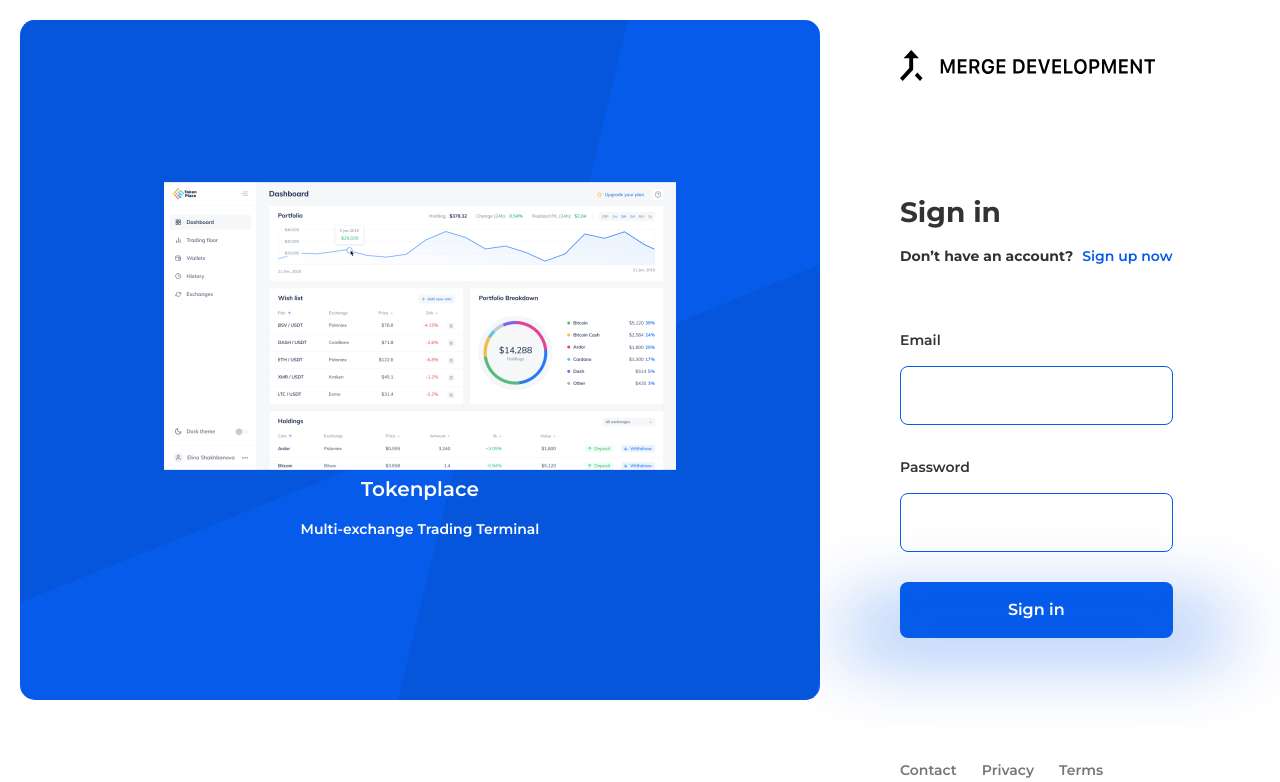
Repository: 13RedFox/form-project
Page: /
An editor plug-in stored every save of this project. The page is shown before and after the next save, followed by the edit.
The browser window is 1280 px wide. The pictures show the whole page.
The project was rebuilt for these pictures with package versions that can differ from the ones it lists, and the page was loaded fresh each time.

Above is the page before, as saved 2021-08-04 18:54:13.

After the next save:
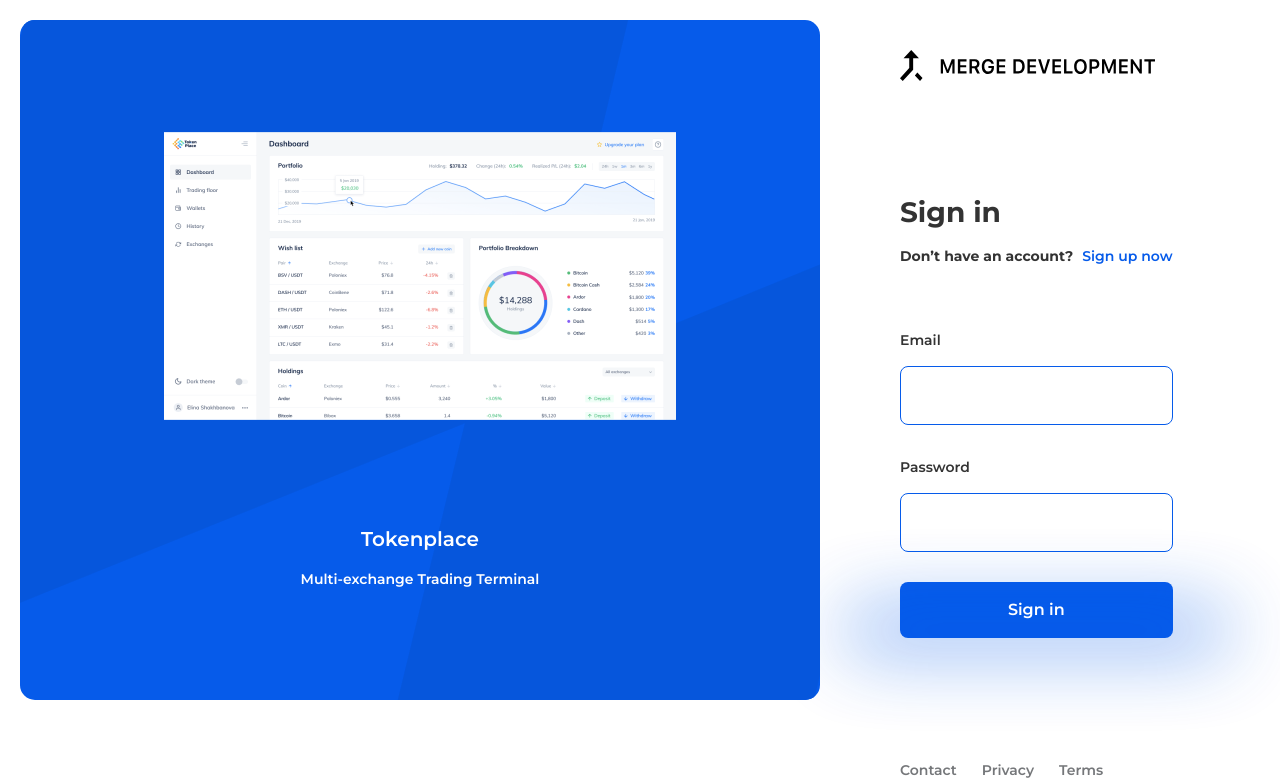
Saved 38 s later.
--- a/src/components/Slider/Slider.module.scss
+++ b/src/components/Slider/Slider.module.scss
@@ -21,6 +21,10 @@
   z-index: -1;
 }
 
+.wrapperImg {
+  margin-bottom: 100px;
+}
+
 .title {
   font-weight: 600;
   font-size: 20px;
